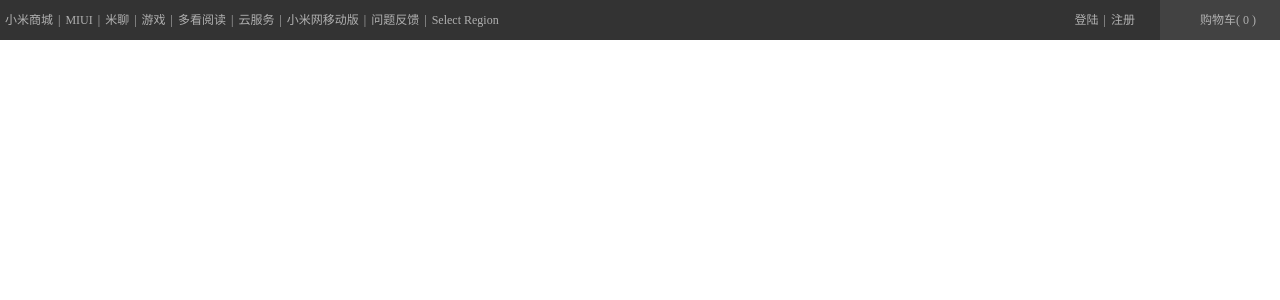
Repository: jijiajia19/mvue-by-jacle
Page: /
The author's editor kept a copy of each file at every save. The page is drawn from the files as they stood at one save, then again after the next save.
The browser window is 1280 px wide. The pictures show the whole page.
The project was rebuilt for these pictures with package versions that can differ from the ones it lists, and the page was loaded fresh each time. Also part of the build but not shown: vue.config.js.

Above is the page before, as saved 2022-02-22 15:26:20.

After the next save:
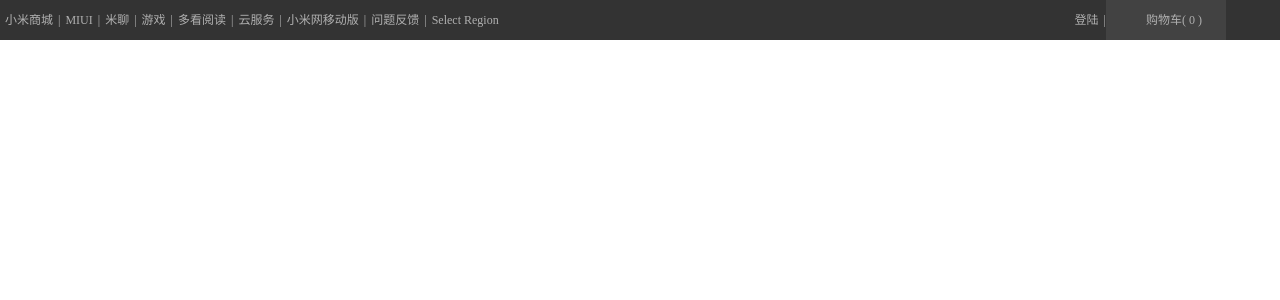
Saved 13 s later.
--- a/src/components/Header.vue
+++ b/src/components/Header.vue
@@ -101,6 +101,9 @@ export default {
 </script>
 
 <style scoped lang="less">
+.header {
+    width: 1226px;
+}
 .container {
     width: 100%;
     height: 40px;

After the save that followed:
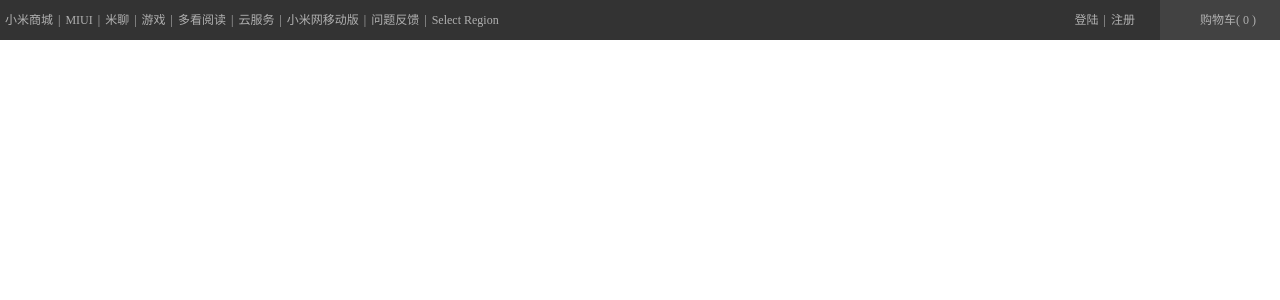
Saved 91 s later.
--- a/src/components/Header.vue
+++ b/src/components/Header.vue
@@ -1,6 +1,6 @@
 <template>
     <div class="container">
-        <div class="header">
+        <div class="h">
             <div class="topbar-nav">
                 <ul class="nav-wrap">
                     <li
